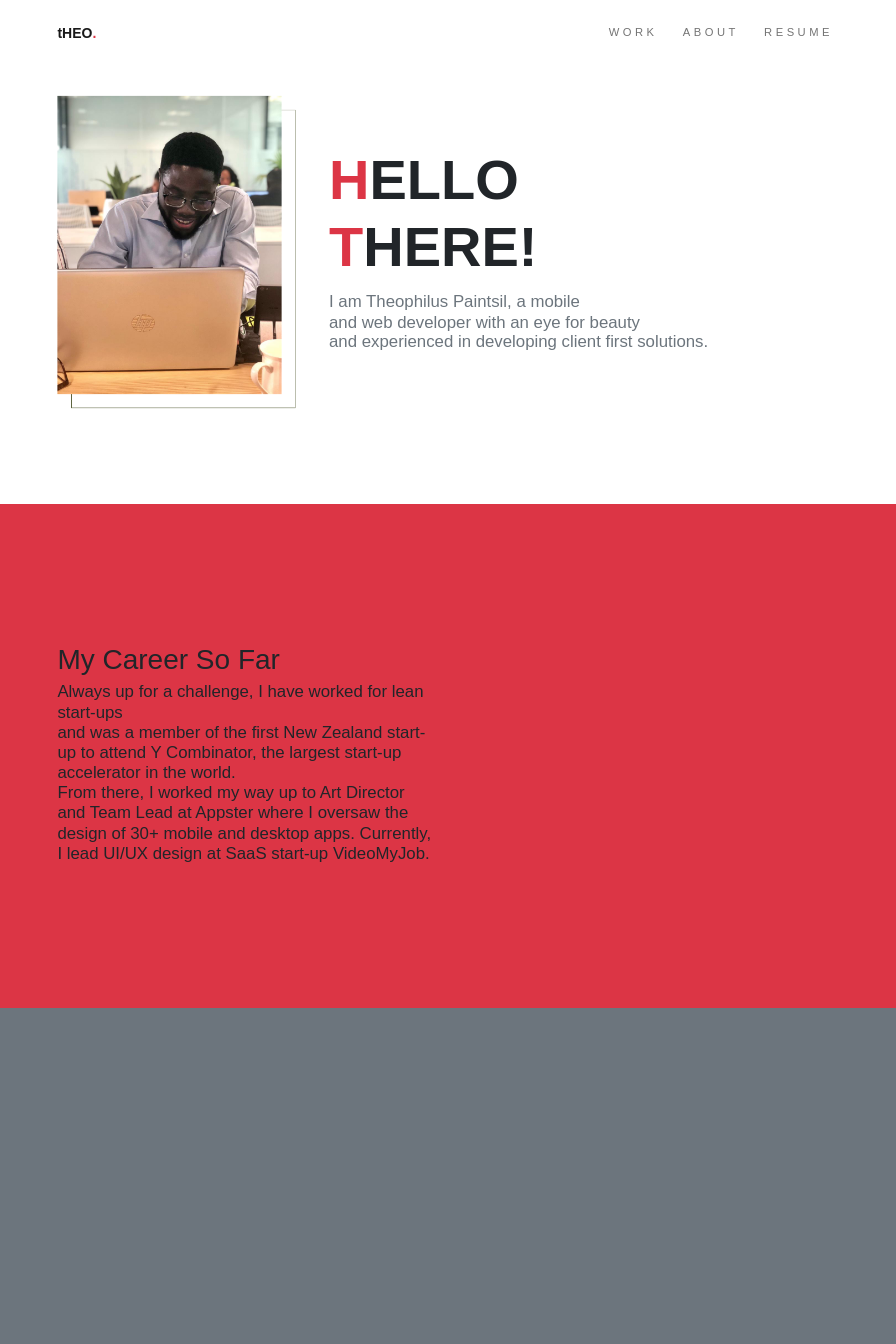
Repository: tHEO2k17/portfolio
Page: /
These files come from the project's save history. The page is drawn as it stood at one moment and after the next save; the edit follows.
The browser window is 1280 px wide. The pictures show the part of the page from y = 0 to 1920 px (the page is 3000 px tall), at 70% of full size.
The project was rebuilt for these pictures with package versions that can differ from the ones it lists, and the page was loaded fresh each time.

Above is the page before, as saved 2021-07-22 10:15:24.

After the next save:
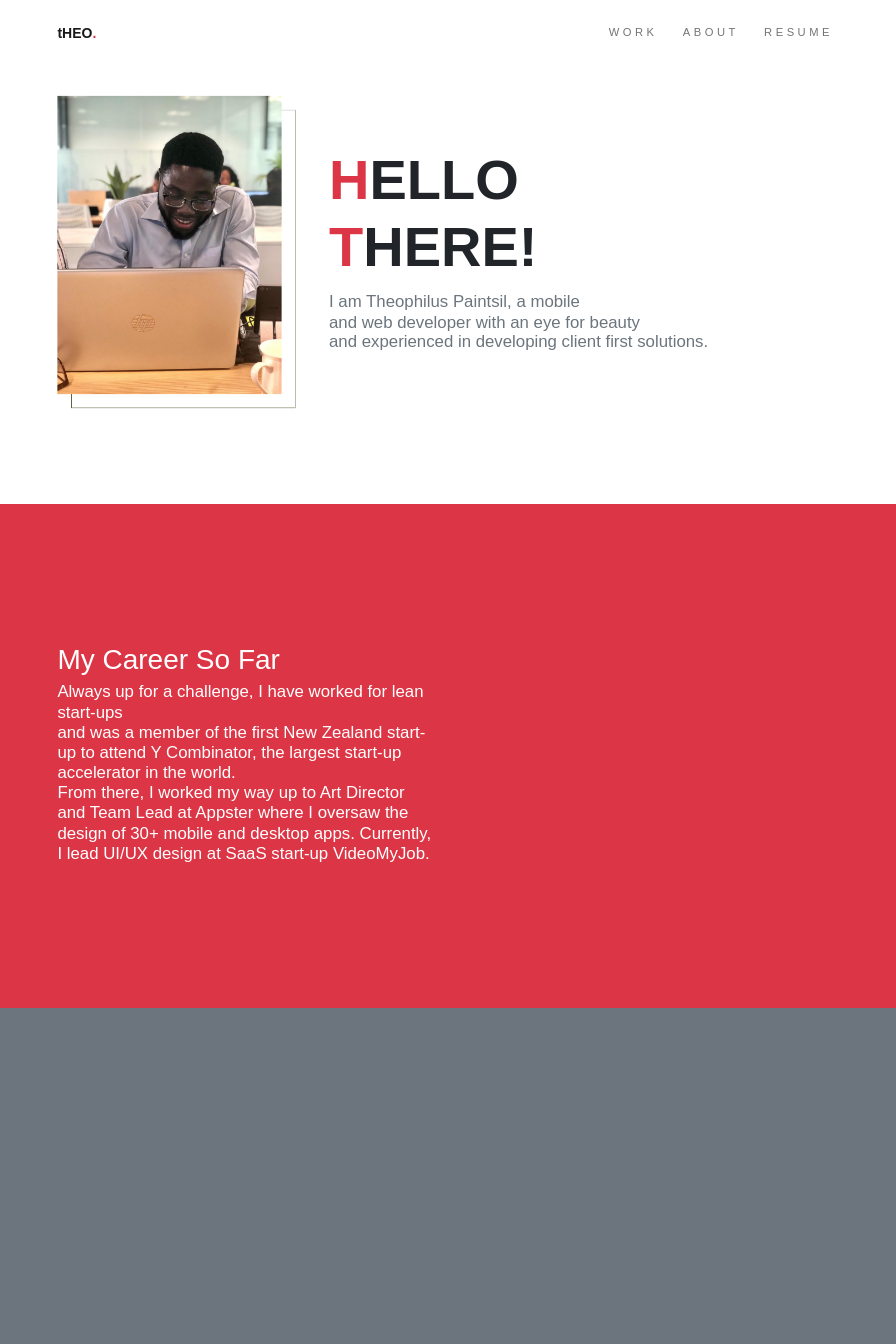
Saved 16 s later.
--- a/src/presentation/pages/HomePage.tsx
+++ b/src/presentation/pages/HomePage.tsx
@@ -41,7 +41,7 @@ export default function HomePage() {
             <section className="bg-danger min-vh-100">
                 {/* skills and tools */}
                 <Container>
-                    <Row className="align-items-center min-vh-100 my-auto gx-5">
+                    <Row className="align-items-center min-vh-100 my-auto gx-5 text-white">
                         <Col>
                             <h1>My Career So Far</h1>
                             <h4>
